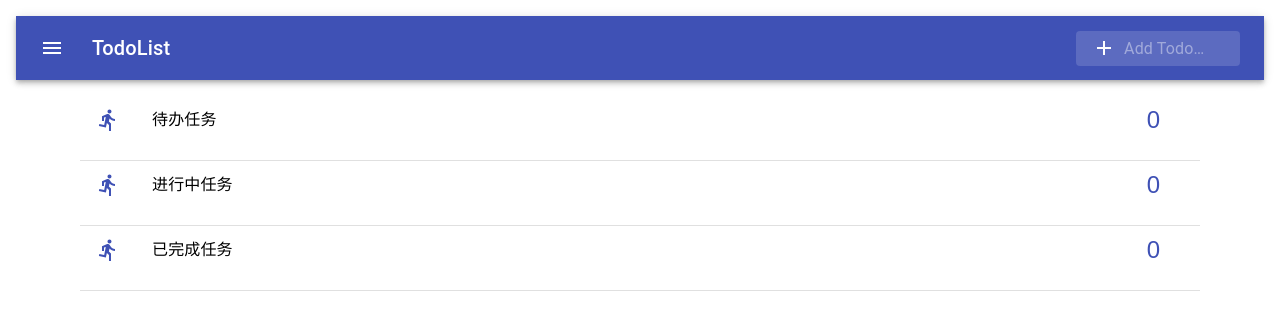
Repository: harperl71/TodoList
Page: /
An editor plug-in stored every save of this project. The page is shown before and after the next save, followed by the edit.
The browser window is 1280 px wide. The pictures show the whole page.
The project was rebuilt for these pictures with package versions that can differ from the ones it lists, and the page was loaded fresh each time. Also part of the build but not shown: src/components/content/task-item/index.tsx.

Above is the page before, as saved 2021-05-21 14:33:36.

After the next save:
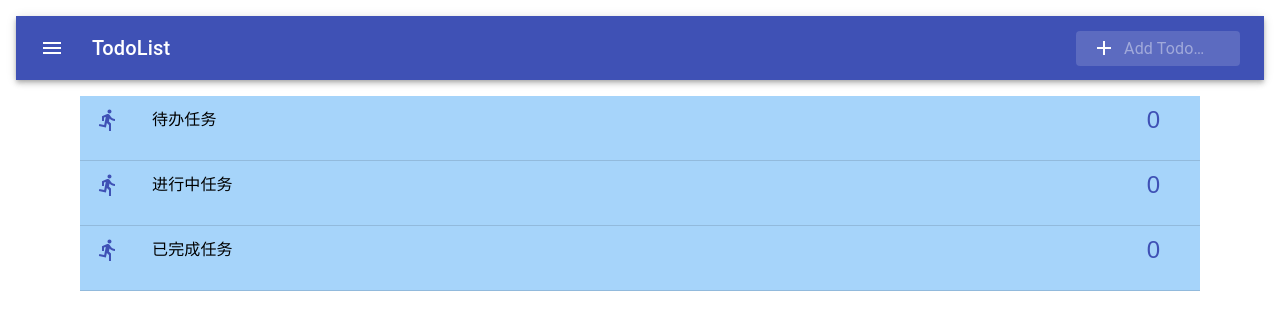
Saved 8 s later.
--- a/src/components/content/task-list/index.tsx
+++ b/src/components/content/task-list/index.tsx
@@ -16,6 +16,7 @@
   list: {
     margin: theme.spacing(0, 4),
     justifyContent: "space-between",
+    backgroundColor: "#a6d4fa",
     padding: 0,
   },
   listTitle: {

After the save that followed:
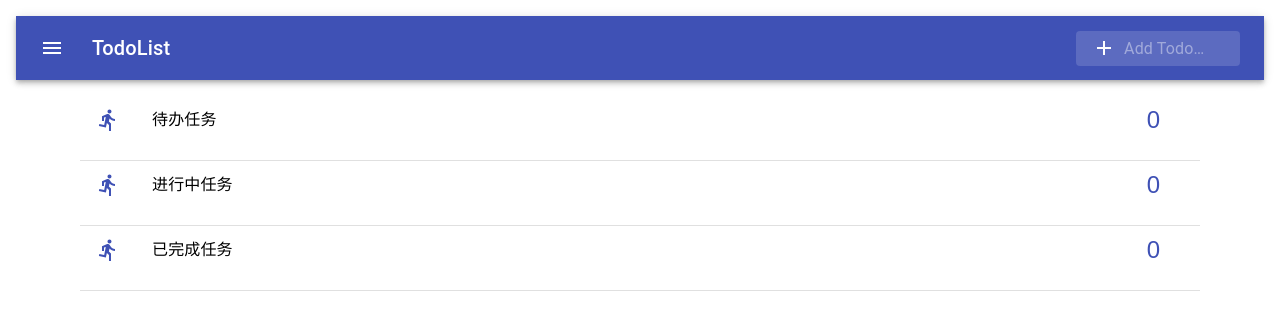
Saved 4 s later.
--- a/src/components/content/task-list/index.tsx
+++ b/src/components/content/task-list/index.tsx
@@ -16,7 +16,6 @@
   list: {
     margin: theme.spacing(0, 4),
     justifyContent: "space-between",
-    backgroundColor: "#a6d4fa",
     padding: 0,
   },
   listTitle: {
